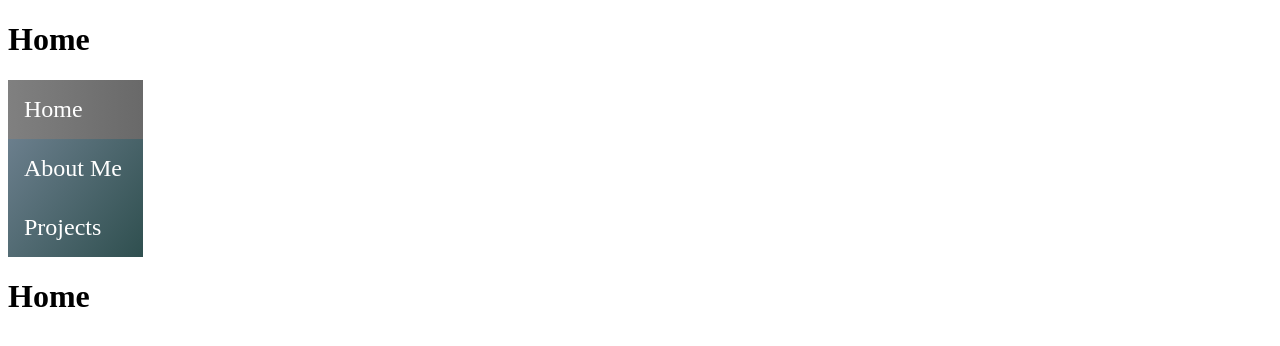
Repository: brody-toth/brody-toth.github.io
Page: home.html
The author's editor kept a record of every edit. The page is drawn from the files as they stood at one moment, then again after the next edit.
The browser window is 1280 px wide. The pictures show the whole page.

Above is the page before.

### home.html
<!DOCTYPE html>
<html>

  <head>
    <title>Home</title>
    <link rel="stylesheet" href="style.css" type="text/css">
  </head>

  <body>

    <h1 class="header">Home</h1>

    <ul class="navbar">
      <li class="active"><a href="home.html">Home</a></li>
      <li><a href="about-me.html">About Me</a></li>
      <li class = "dropdown">
        <div>Projects</div>
        <ul class="dropdown-content">
          <li><a href="project1.html">Project 1</a></li>
          <li><a href="project2.html">Project 2</a></li>
          <li><a href="project3.html">Project 3</a></li>
        </ul>
      </li>
    </ul>

    <h1 class="header">Home</h1>

  </body>

</html>

### style.css
.navbar{
    list-style: none;
    background-image: linear-gradient(to bottom right, lightslategray, darkslategray);
    width: 135px;
    overflow: hidden;
    padding: 0;
}
.navbar a, .dropdown div{
    text-decoration: none;
    color: white;
    font-size: 24px;
    padding: 16px;
    display: inline-block;
}
.navbar div{
    width: 140px;
}
.navbar li:hover{
    background-color: slategray;
}
.dropdown-content{
    list-style: none;
    padding: 0;
    display: none;
    position: absolute;
    z-index: 2;
    background-image: linear-gradient(to bottom right, lightslategray, darkslategray);
}
.dropdown:hover .dropdown-content{
    display: block;
}
.active{
    background-image: linear-gradient(to right, gray, dimgray)
}

.header{

}

After the next edit:
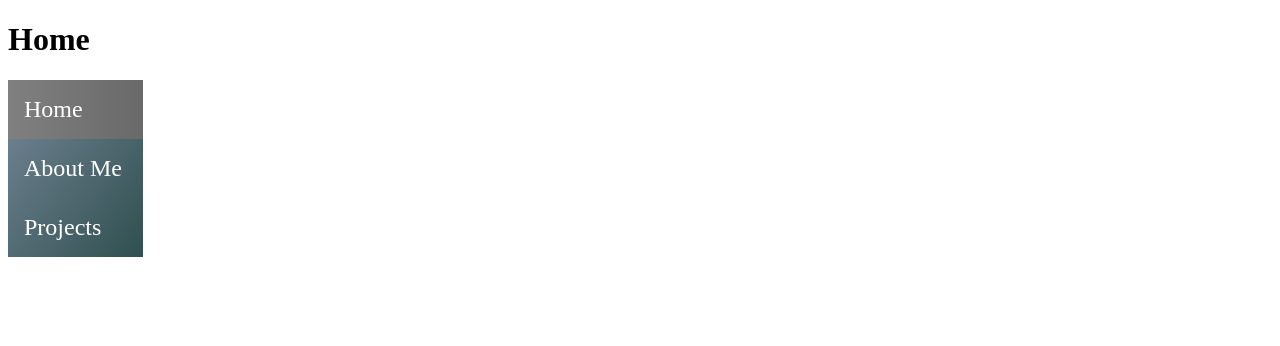
The edit:
--- a/home.html
+++ b/home.html
@@ -23,8 +23,6 @@
       </li>
     </ul>
 
-    <h1 class="header">Home</h1>
-
   </body>
 
 </html>
